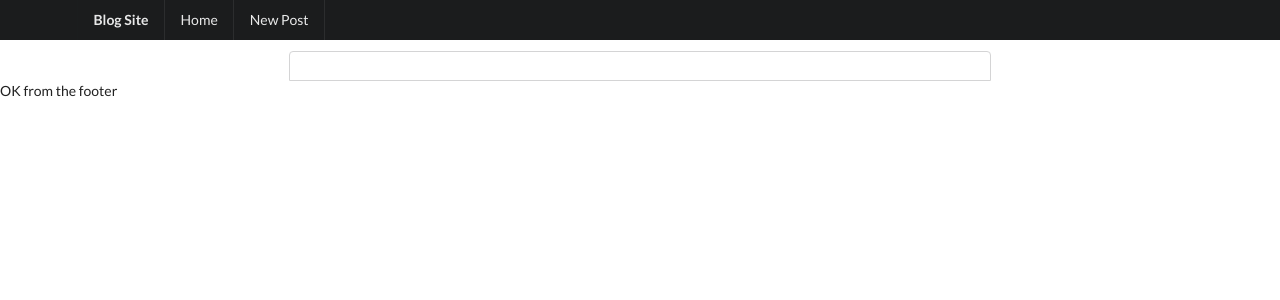
Repository: leandrobellini/Web-Developer-Bootcamp-Udemy
Page: http://localhost/blogs
The author's editor kept a record of every edit. The page is drawn from the files as they stood at one moment, then again after the next edit.
The browser window is 1280 px wide. The pictures show the whole page.
Some web libraries are served in a nearby version. The page is served by the project's Node server (RESTfulBlog/app.js). Queries for data that is not in the repository find no rows.

Above is the page before.

### 29. RESTful Routing/workspace/RESTfulBlog/views/index.ejs
<% include ./partials/header %>
<!-- ===================================================== -->

<div class="ui main text container">
    <div class="ui huge header">
        RESTful Blog
    </div>
    <div class="ui top attached  segment">
        <div class="ui divided items">
            <% blogs.forEach(function(blog){ %>
                <div class="item">
                    <div class="image">
                        <img src="<%= blog.image %>">
                    </div>
                    <div class="content">
                        <a class="header" href="/blogs/<%= blog.id %>"><%= blog.title %></a>
                    </div>

                    <div class="meta">
                        <span><%= blog.created.toDateString() %></span>
                    </div>

                    <div class="description">
                        <p> <%- blog.body.substring(0,200) %>...</p>
                    </div>

                    <div class="extra">
                        <a class="ui floated basic violet button" href="/blogs/<%= blog.id %>">
                            Read More
                            <i class="right chevron icon"></i>
                        </a>
                    </div>


                </div>

            <% }); %>
        </div>
    </div>
</div>




<!-- ===================================================== -->
<% include ./partials/footer %>

### 29. RESTful Routing/workspace/RESTfulBlog/views/partials/header.ejs
<html>
    <head>
        <title>Blog App</title>
        <link rel="stylesheet" type="text/css" href="https://cdnjs.cloudflare.com/ajax/libs/semantic-ui/2.2.11/semantic.css" >
    </head>
    <body>
        <div class="ui fixed inverted menu">
            <div class="ui container">
                <div class="header item">
                    Blog Site
                </div>
                <a href="/" class="item">Home</a>
                <a href="/blogs/new" class="item">New Post</a>
            </div>
        </div>

### 29. RESTful Routing/workspace/RESTfulBlog/views/partials/footer.ejs
    <p>OK from the footer</p>
    </body>
</html>

### 29. RESTful Routing/workspace/RESTfulBlog/app.js
var express =       require("express"),
    app =           express(),
    bodyParser =    require("body-parser"),
    methodOverride = require("method-override"),
    expressSanitizer = require("express-sanitizer"),
    mongoose =      require("mongoose");


//DataBase connect
mongoose.connect("mongodb://localhost/restful_glob_app");

//APP config
app.set("view engine", "ejs");
app.use(express.static("public"));  //pasta a ser usada para arquivos publicos (css, js, imagens)
app.use(bodyParser.urlencoded({extended: true}));
app.use(expressSanitizer());
app.use(methodOverride("_method"));


//MONGO SCHEMA config
var blogSchema = new mongoose.Schema({
    title: String,
    image: String,  //image: {type: String, default: "padrao.jpg"}
    body: String,
    created: {type: Date, default: Date.now}
});

//MONGO MODEL config
var Blog = mongoose.model("Blog",  blogSchema);

// Blog.create({
//     title: "Que dia lindo",
//     image: "https://encrypted-tbn0.gstatic.com/images?q=tbn:ANd9GcQ67GLfV2ki8FH_fPhBaTSIQFJOi5rkvhxhO-1_MavfrL2cB1lt",
//     body: "Nao muito a dizer!"
// });

//RESTful ROUTES
app.get("/", function(req, res) {
   res.redirect("/blogs");
});

app.get("/blogs", function(req, res){
    Blog.find({}, function(err, blogs){
       if(err){
           console.log("Error when trying to find blogs");
       } else{
           res.render("index", {blogs: blogs});
       }
    });
});

app.post("/blogs", function(req, res){
    Blog.create(req.body.blog, function(err, newBlog){
        if(err){
            res.render("/blogs/new");
        }else{
            res.redirect("/blogs");
        }
    });
});

app.get("/blogs/new", function(req, res) {
   res.render("new");
});

app.get("/blogs/:id", function(req, res) {
   Blog.findById(req.params.id, function(err, foundBlog){
       if(err){
           console.log("No found!");
           res.redirect("/blogs");
       }else{
           res.render("show", {blog: foundBlog});
       }
   });
});

app.get("/blogs/:id/edit", function(req, res) {
    Blog.findById(req.params.id, function(err, foundBlog){
       if(err){
           res.redirect("/blogs");
       }else{
           res.render("edit", {blog: foundBlog});
       }
    });
});

app.put("/blogs/:id", function(req, res){
    /* Blog.findByIdAndUpdate(id, newData, callBack) */

    Blog.findByIdAndUpdate(req.params.id, req.body.blog, function(err, updatedBlog){
      if(err){
          res.redirect("/blogs");
      }else{
          res.redirect("/blogs/" + req.params.id);
      }
    });

});

app.delete("/blogs/:id", function(req, res){
    //destroy blog
    Blog.findByIdAndRemove(req.params.id, function(err){
        if(err){
            res.redirect("/blogs");
        }else{
            res.redirect("/blogs");
        }
    })
});

app.listen(process.env.PORT, process.env.IP, function(){
    console.log("running...");
});

After the next edit:
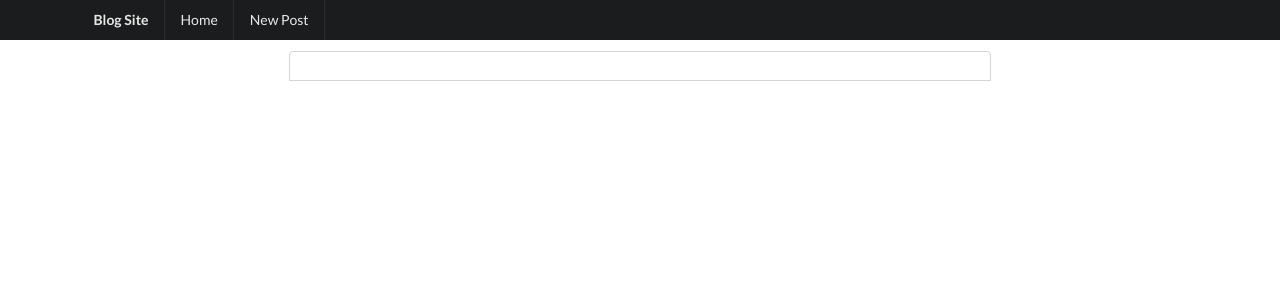
The edit:
--- a/29. RESTful Routing/workspace/RESTfulBlog/views/partials/footer.ejs
+++ b/29. RESTful Routing/workspace/RESTfulBlog/views/partials/footer.ejs
@@ -1,3 +1,3 @@
-    <p>OK from the footer</p>
+
     </body>
 </html>
